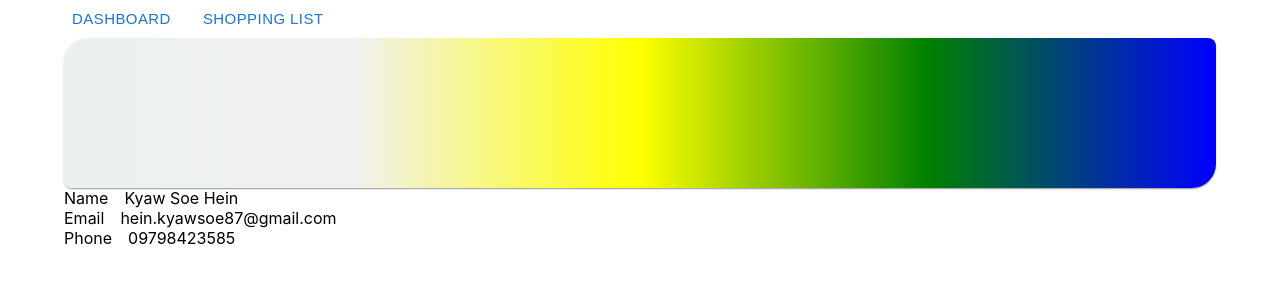
Repository: KyawSoeHein/GoogleAuthReact
Page: /
An editor plug-in stored every save of this project. The page is shown before and after the next save, followed by the edit.
The browser window is 1280 px wide. The pictures show the whole page.
The project was rebuilt for these pictures with package versions that can differ from the ones it lists, and the page was loaded fresh each time. Also part of the build but not shown: src/App.css.

Above is the page before, as saved 2022-02-14 19:28:15.

### src/index.tsx
import React from "react";
import ReactDOM from "react-dom";
import "./index.css";
import App from "./App";
import Dashboard from "./View/Dashboard";
import reportWebVitals from "./reportWebVitals";

ReactDOM.render(
  <React.StrictMode>
    <Dashboard />
  </React.StrictMode>,
  document.getElementById("root")
);

// If you want to start measuring performance in your app, pass a function
// to log results (for example: reportWebVitals(console.log))
// or send to an analytics endpoint. Learn more: https://bit.ly/CRA-vitals
reportWebVitals();

### src/View/Dashboard.tsx
import React from "react";
import { Container, Grid, Stack } from "@mui/material";
import MenuSelection from "../Components/MenuSelection";
import CoverAndProfilePhoto from "../Components/CoverAndProfilePhoto";

const Dashboard = () => {
  return (
    <Grid>
      <Container>
        <MenuSelection />

        <CoverAndProfilePhoto />

        <Stack direction={"row"} spacing={2}>
          <div>Name</div>
          <div>Kyaw Soe Hein</div>
        </Stack>

        <Stack direction={"row"} spacing={2}>
          <div>Email</div>
          <div>hein.kyawsoe87@gmail.com</div>
        </Stack>

        <Stack direction={"row"} spacing={2}>
          <div>Phone</div>
          <div>09798423585</div>
        </Stack>
      </Container>
    </Grid>
  );
};

export default Dashboard;

### src/Components/MenuSelection.tsx
import React from "react";
import { Button, Stack } from "@mui/material";
import "../App.css";

const MenuSelection = () => {
  const buttonFontSize = 15;

  return (
    <Stack direction={"row"} spacing={2}>
      <Button sx={{ fontSize: buttonFontSize, fontFamily: "sans-serif" }}>
        Dashboard
      </Button>
      <Button sx={{ fontSize: buttonFontSize, fontFamily: "sans-serif" }}>
        Shopping List
      </Button>
    </Stack>
  );
};

export default MenuSelection;

### src/Components/CoverAndProfilePhoto.tsx
import React from "react";
import { Button, Paper, Stack } from "@mui/material";
import "../App.css";

const CoverAndProfilePhoto = () => {
  return (
    <Paper
      elevation={1}
      sx={{
        height: 150,
        borderTopRightRadius: 8,
        borderTopLeftRadius: 24,
        borderBottomLeftRadius: 8,
        borderBottomRightRadius: 24,
        background:
          "linear-gradient(to right, rgb(235,241,237), rgb(241,241,244), yellow, green, blue)",
      }}
    ></Paper>
  );
};

export default CoverAndProfilePhoto;

Loaded but not shown: public/index.html (common file); src/index.css (common file); src/reportWebVitals.ts (common file)

After the next save:
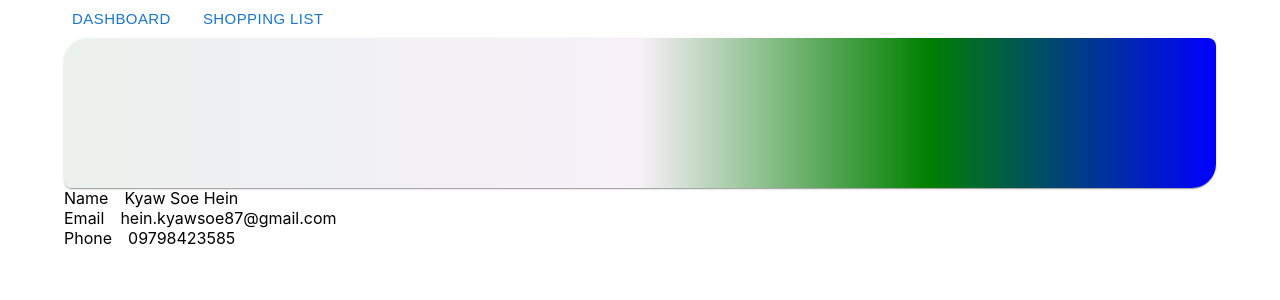
Saved 34 s later.
--- a/src/Components/CoverAndProfilePhoto.tsx
+++ b/src/Components/CoverAndProfilePhoto.tsx
@@ -13,7 +13,7 @@ const CoverAndProfilePhoto = () => {
         borderBottomLeftRadius: 8,
         borderBottomRightRadius: 24,
         background:
-          "linear-gradient(to right, rgb(235,241,237), rgb(241,241,244), yellow, green, blue)",
+          "linear-gradient(to right, rgb(235,241,237), rgb(241,241,244), rgb(247,240,248), green, blue)",
       }}
     ></Paper>
   );
